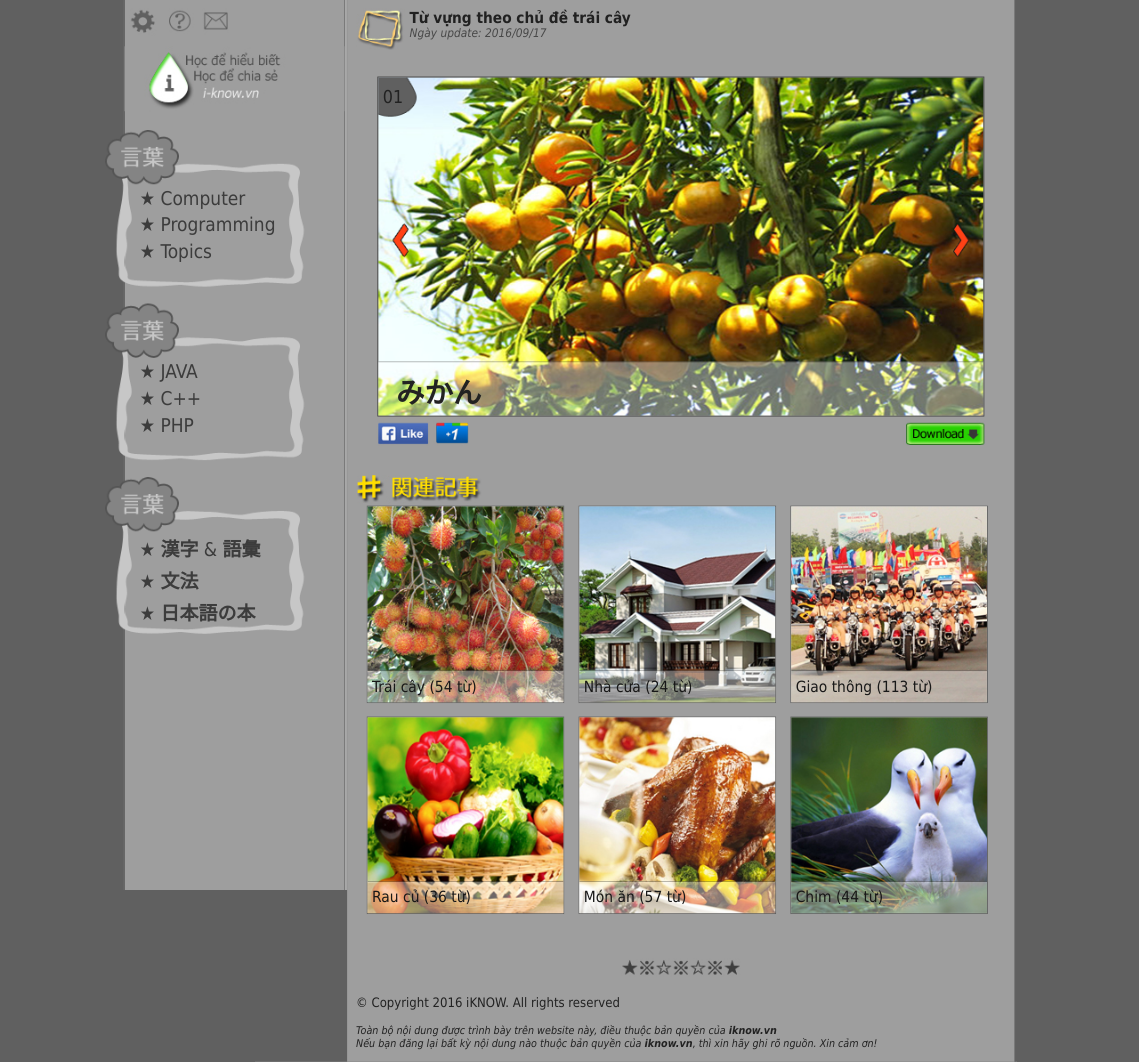
Repository: ruanonglam/_workspace
Page: Web Design/iknow.vn/WebContent/cotoba-view.html
The author's editor kept a copy of each file at every save. The page is drawn from the files as they stood at one save, then again after the next save.
The browser window is 1280 px wide. The pictures show the whole page, at 89% of full size.

Above is the page before, as saved 2016-09-18 06:13:47.

After the next save:
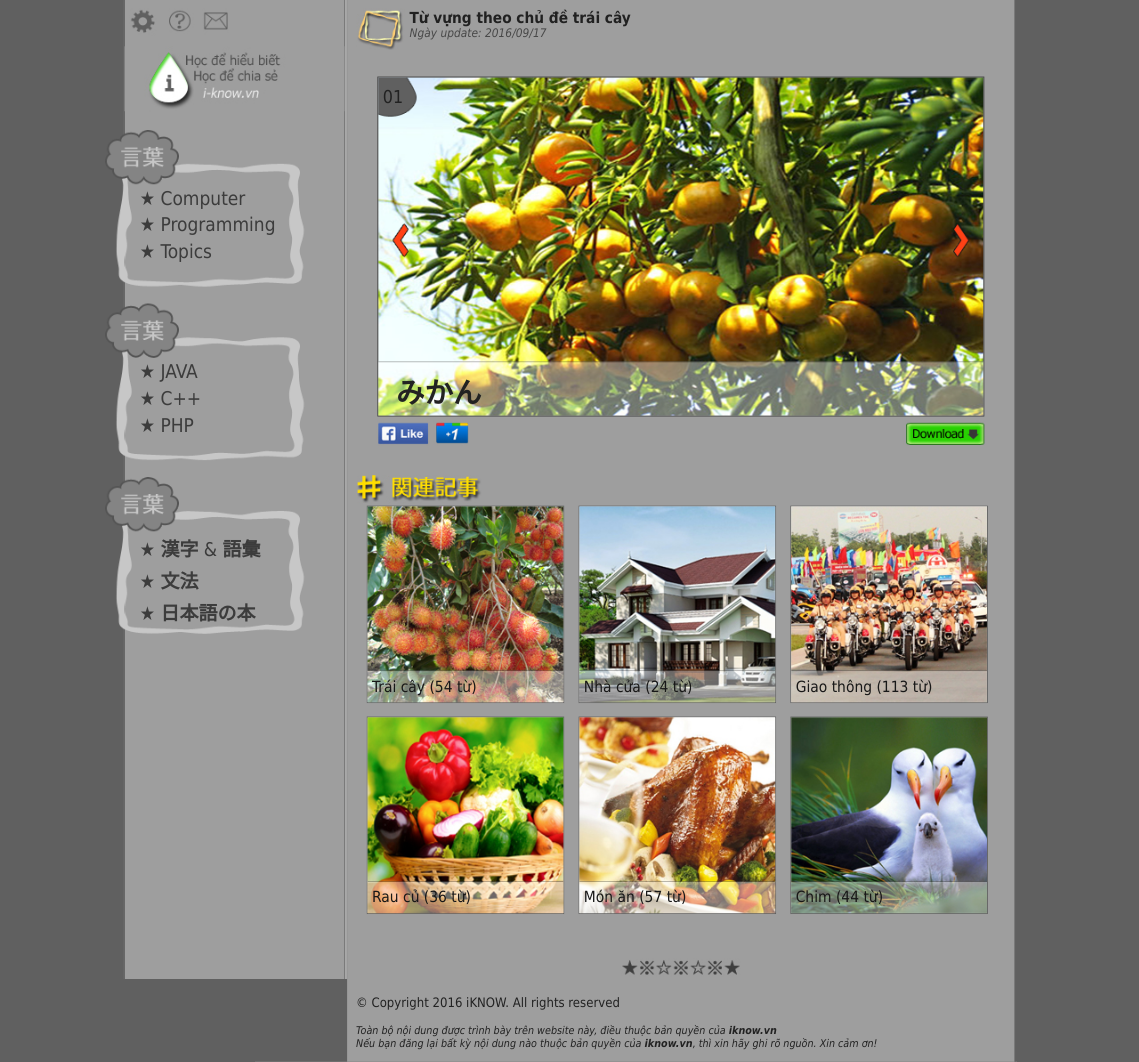
Saved 98 s later.
--- a/Web Design/iknow.vn/WebContent/_css/main.css
+++ b/Web Design/iknow.vn/WebContent/_css/main.css
@@ -38,7 +38,7 @@ div#main_body{
 div#left_frame{
 	float: left;
 	width: 250px;
-	min-height: 1000px;
+	min-height: 1100px;
 	height: auto;
 	border-left: 1px solid #454545;
 	background: #9E9E9E url("../_img/body/left-body-bg.png") repeat-y;
